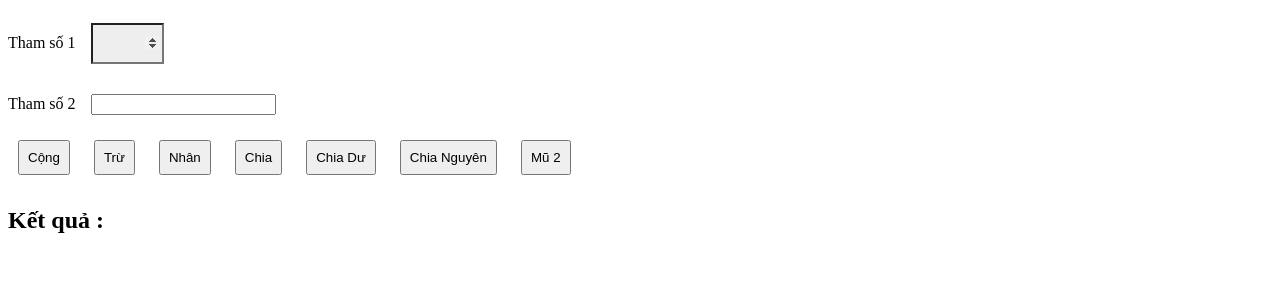
Repository: Toni3498/JsCourse
Page: number/calc.html
An editor plug-in stored every save of this project. The page is shown before and after the next save, followed by the edit.
The browser window is 1280 px wide. The pictures show the whole page.
The pointer rests on the first visible `.input input`.

Above is the page before, as saved 2021-08-17 19:44:11.

### number/calc.html
<!DOCTYPE html>
<html lang="en">
  <head>
    <meta charset="UTF-8" />
    <meta http-equiv="X-UA-Compatible" content="IE=edge" />
    <meta name="viewport" content="width=device-width, initial-scale=1.0" />
    <title>JS-Exercises</title>
    <link href="style.css" rel="stylesheet" />
  </head>

  <body>
    <div class="input">
      <label for="ts1">Tham số 1</label><input type="number" id="ts1" /><br />
      <label for="ts2">Tham số 2</label><input type="number" id="ts2" />
    </div>
    <div class="optionCalc">
      <button id="sum">Cộng</button>
      <button id="sub">Trừ</button>
      <button id="mul">Nhân</button>
      <button id="div">Chia</button>

      <button id="chiaDu">Chia Dư</button>
      <button id="chiaNguyen">Chia Nguyên</button>
      <button id="pow">Mũ 2</button>
    </div>
    <div class="result">
      <h2 style="display: inline-block">Kết quả :</h2>
      <h1 style="display: inline-block" id="kq"></h1>
    </div>

    <script>
      var x = document.getElementById('ts1');
      var y = document.getElementById('ts2');

      //1. Hàm cộng 2 tham số
      function sumNumber() {
        document.getElementById('kq').innerHTML = parseInt(x.value) + parseInt(y.value);
      }
      //Hàm trừ 2 tham số
      function subNumber() {
        document.getElementById('kq').innerHTML = parseInt(x.value) - parseInt(y.value);
      }
      //Hàm nhân 2 tham số
      function multiNumber() {
        document.getElementById('kq').innerHTML = parseInt(x.value) * parseInt(y.value);
      }
      // Hàm chia 2 tham số
      function divNumber() {
        document.getElementById('kq').innerHTML = parseFloat(x.value) / parseFloat(y.value);
      }
      //hàm chia dư 2 tham số
      function chiaDu() {
        document.getElementById('kq').innerHTML = parseInt(x.value) % parseInt(y.value);
      }
      // Hàm chia nguyên 2 tham số (a - a % b) / b;
      function chiaNguyen() {
        document.getElementById('kq').innerHTML =
          (parseInt(x.value) - (parseInt(x.value) % parseInt(y.value))) / parseInt(y.value);
      }
      // Hàm mũ 2 tham số
      function powNumber() {
        document.getElementById('kq').innerHTML = parseInt(x.value) ** parseInt(y.value);
      }

      // EventListener
      document.getElementById('sum').addEventListener('click', sumNumber);
      document.getElementById('sub').addEventListener('click', subNumber);
      document.getElementById('mul').addEventListener('click', multiNumber);
      document.getElementById('div').addEventListener('click', divNumber);
      document.getElementById('chiaDu').addEventListener('click', chiaDu);
      document.getElementById('chiaNguyen').addEventListener('click', chiaNguyen);
      document.getElementById('pow').addEventListener('click', powNumber);
    </script>
  </body>
</html>

### number/style.css
.input input {
  margin: 15px;
}
.optionCalc button {
  margin: 10px;
  padding: 8px;
}
.input input:hover {
  background-color: rgb(238, 238, 238);
  width: 65px;
  height: 35px;
}

After the next save:
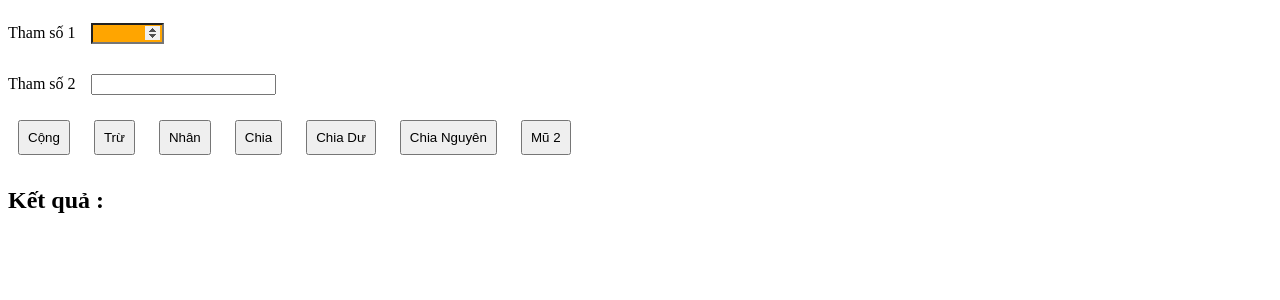
Saved 31 s later.
--- a/number/style.css
+++ b/number/style.css
@@ -6,7 +6,7 @@
   padding: 8px;
 }
 .input input:hover {
-  background-color: rgb(238, 238, 238);
+  background-color: orange;
   width: 65px;
-  height: 35px;
+  height: 15px;
 }
